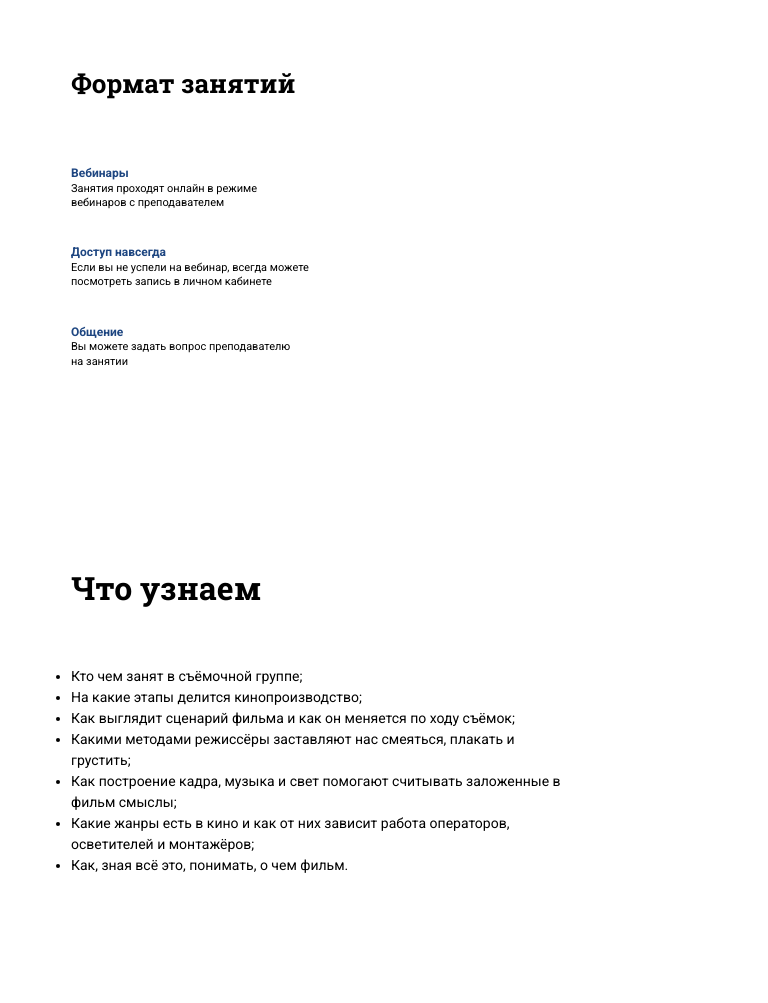
Repository: PoladEziz/Task-4
Page: index.html
The author's editor kept a copy of each file at every save. The page is drawn from the files as they stood at one save, then again after the next save.
The browser window is 768 px wide. The pictures show the whole page.

Above is the page before, as saved 2023-05-09 17:26:31.

After the next save:
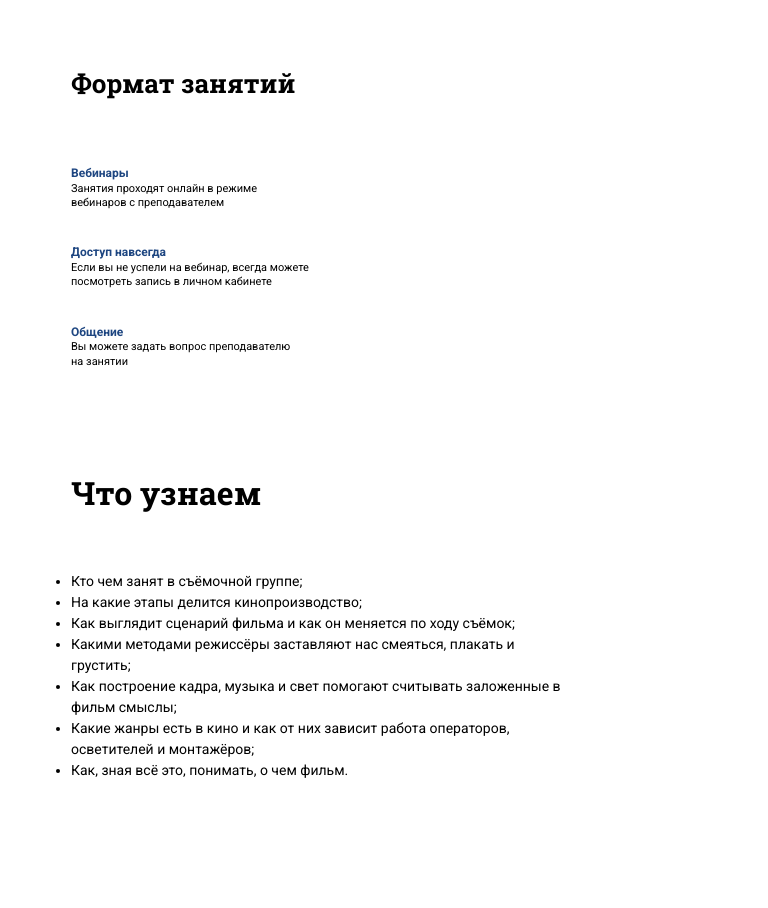
Saved 18 s later.
--- a/index.css
+++ b/index.css
@@ -191,6 +191,6 @@
     line-height: 150%;
   }
   .page-2{
-    margin-top: ;
+    margin-top: 73px;
   }
 }
